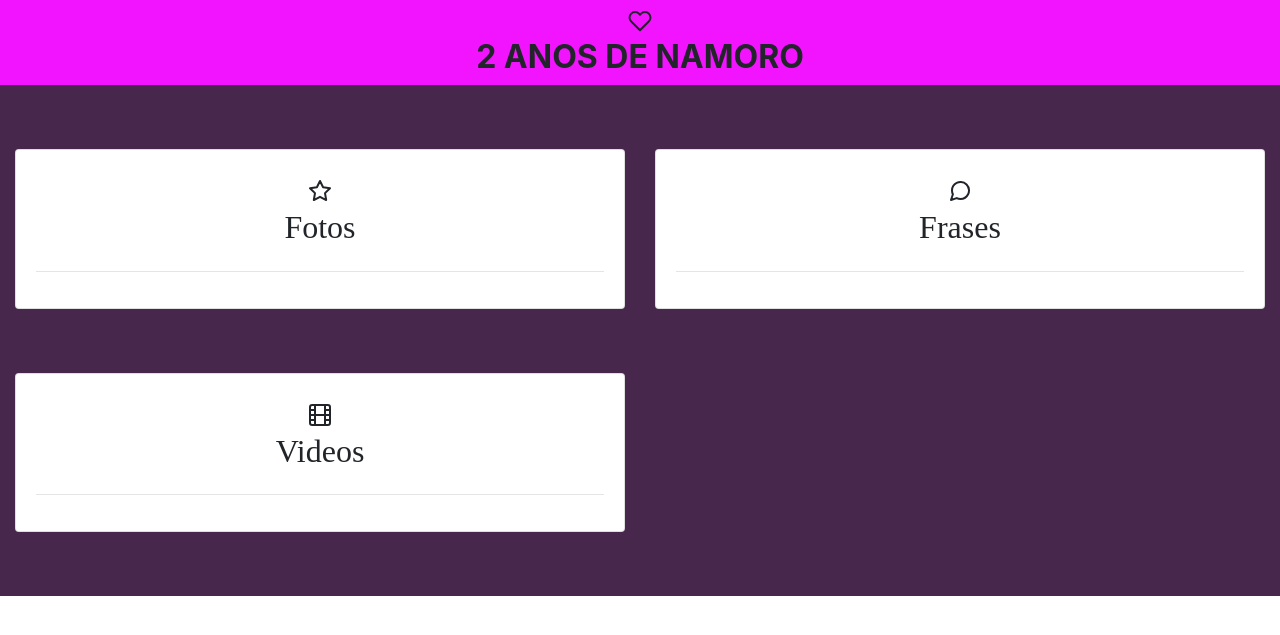
Repository: MeuAmor/meuamor.github.io
Page: index.html
These files come from the project's save history. The page is drawn as it stood at one moment and after the next save; the edit follows.
The browser window is 1280 px wide. The pictures show the whole page.

Above is the page before, as saved 2019-08-21 23:29:25.

After the next save:
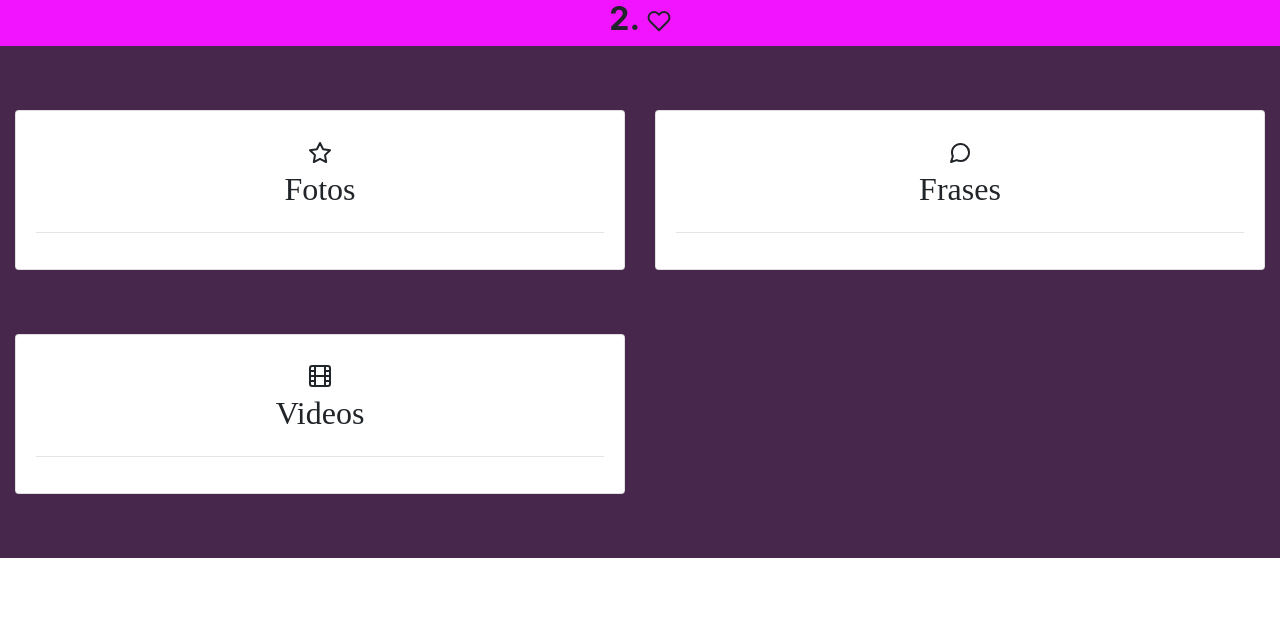
Saved 2 min 6 s later.
--- a/index.html
+++ b/index.html
@@ -25,14 +25,14 @@
 			<h2>
                 <div class="text-center">
 
-                    <svg xmlns="http://www.w3.org/2000/svg" width="24" height="24" viewBox="0 0 24 24" fill="none" stroke="currentColor"
-                            stroke-width="2" stroke-linecap="round" stroke-linejoin="round" class="feather feather-heart">
-                        <path d="M20.84 4.61a5.5 5.5 0 0 0-7.78 0L12 5.67l-1.06-1.06a5.5 5.5 0 0 0-7.78 7.78l1.06 1.06L12 21.23l7.78-7.78 1.06-1.06a5.5 5.5 0 0 0 0-7.78z"/>
-                    </svg>
+
                 </div>
                 <div class="text-center" >
 
-                    <b>2 ANOS DE NAMORO </b>
+                    <b>2. <svg xmlns="http://www.w3.org/2000/svg" width="24" height="24" viewBox="0 0 24 24" fill="none" stroke="currentColor"
+                        stroke-width="2" stroke-linecap="round" stroke-linejoin="round" class="feather feather-heart">
+                    <path d="M20.84 4.61a5.5 5.5 0 0 0-7.78 0L12 5.67l-1.06-1.06a5.5 5.5 0 0 0-7.78 7.78l1.06 1.06L12 21.23l7.78-7.78 1.06-1.06a5.5 5.5 0 0 0 0-7.78z"/>
+                </svg> </b>
                 </div>
             </h2>
 		</div>

After the save that followed:
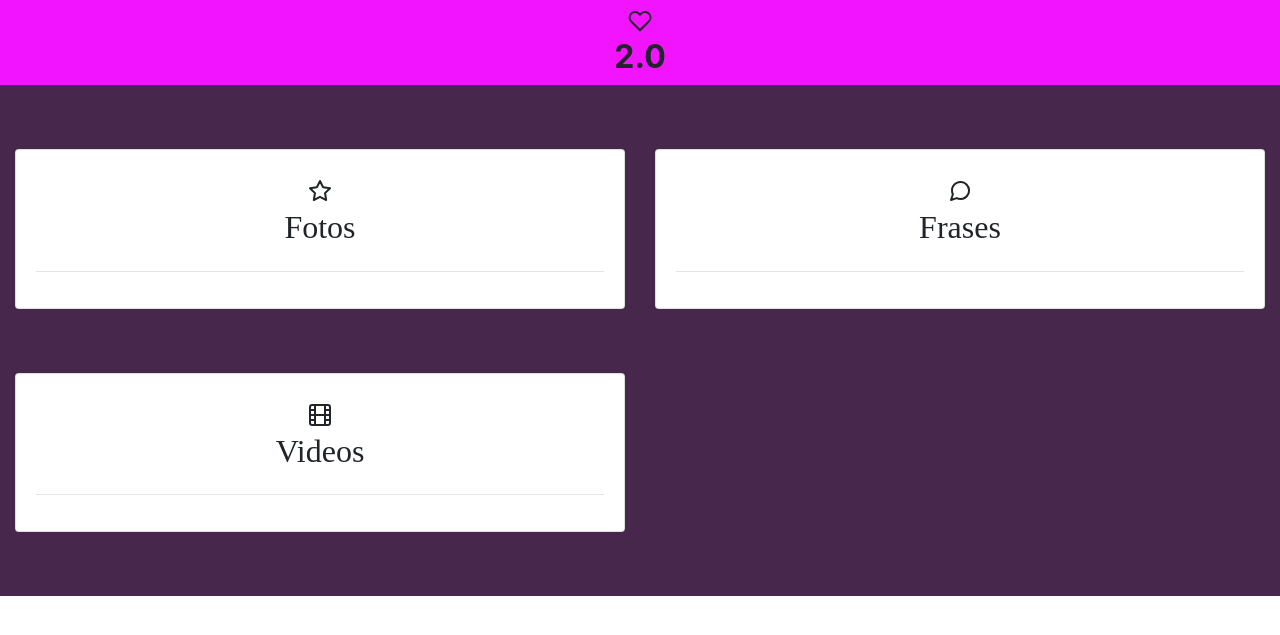
Saved 19 s later.
--- a/index.html
+++ b/index.html
@@ -25,14 +25,14 @@
 			<h2>
                 <div class="text-center">
 
-
+                    <svg xmlns="http://www.w3.org/2000/svg" width="24" height="24" viewBox="0 0 24 24" fill="none" stroke="currentColor"
+                            stroke-width="2" stroke-linecap="round" stroke-linejoin="round" class="feather feather-heart">
+                        <path d="M20.84 4.61a5.5 5.5 0 0 0-7.78 0L12 5.67l-1.06-1.06a5.5 5.5 0 0 0-7.78 7.78l1.06 1.06L12 21.23l7.78-7.78 1.06-1.06a5.5 5.5 0 0 0 0-7.78z"/>
+                    </svg>
                 </div>
                 <div class="text-center" >
 
-                    <b>2. <svg xmlns="http://www.w3.org/2000/svg" width="24" height="24" viewBox="0 0 24 24" fill="none" stroke="currentColor"
-                        stroke-width="2" stroke-linecap="round" stroke-linejoin="round" class="feather feather-heart">
-                    <path d="M20.84 4.61a5.5 5.5 0 0 0-7.78 0L12 5.67l-1.06-1.06a5.5 5.5 0 0 0-7.78 7.78l1.06 1.06L12 21.23l7.78-7.78 1.06-1.06a5.5 5.5 0 0 0 0-7.78z"/>
-                </svg> </b>
+                    <b>2.0 </b>
                 </div>
             </h2>
 		</div>
